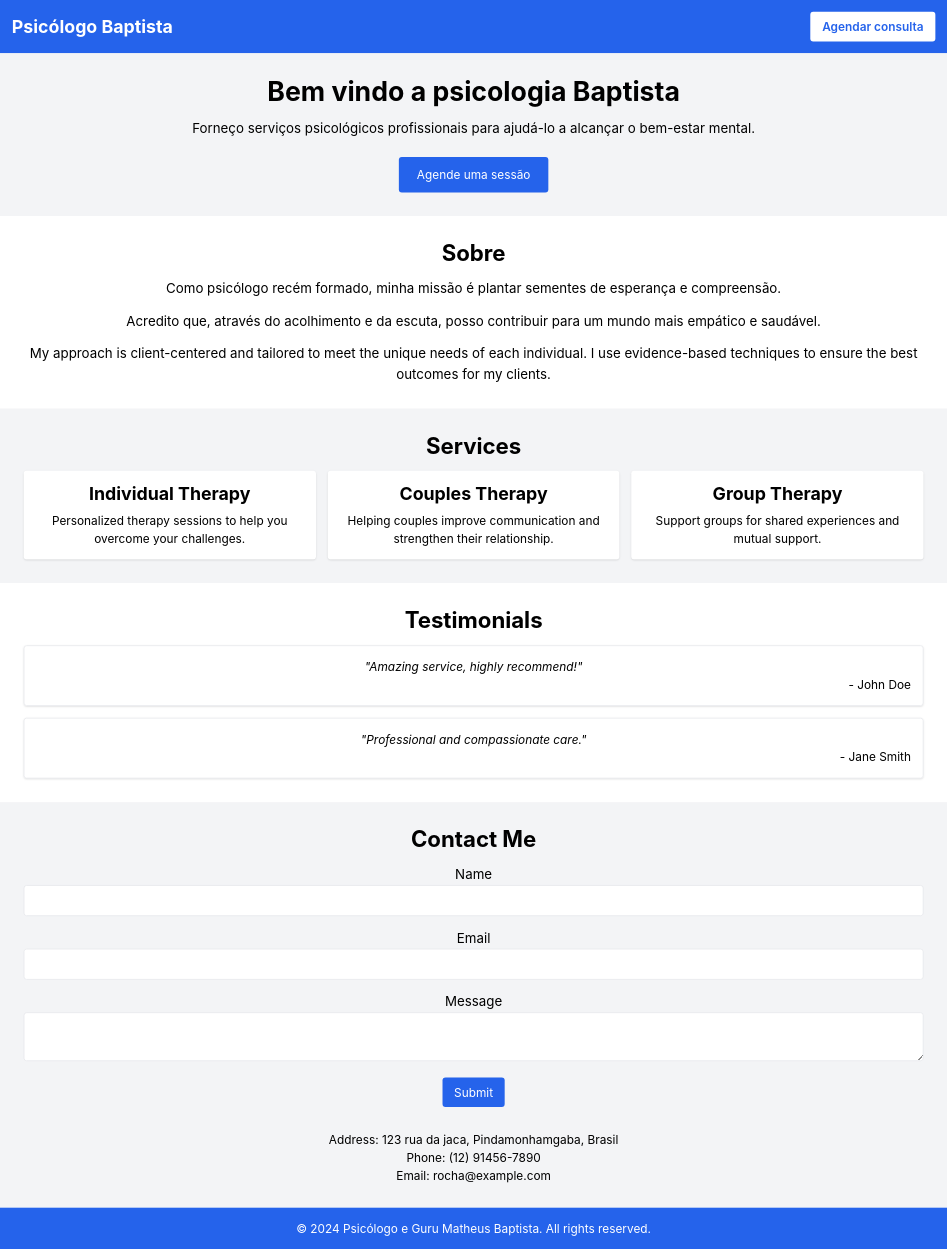
Repository: SrNascimento40/psychologist-portfolio
Page: /
These files come from the project's save history. The page is drawn as it stood at one moment and after a run of saves; the edit follows.
The browser window is 1280 px wide. The pictures show the whole page, at 74% of full size.
The project was rebuilt for these pictures with package versions that can differ from the ones it lists, and the page was loaded fresh each time. Also part of the build but not shown: vite.config.ts.

Above is the page before, as saved 2024-07-04 17:34:34.

### index.html
<!doctype html>
<html lang="en">
  <head>
    <meta charset="UTF-8" />
    <link rel="icon" type="image/svg+xml" href="/vite.svg" />
    <meta name="viewport" content="width=device-width, initial-scale=1.0" />
    <title>Psicólogo e Guru Baptista</title>
  </head>
  <body>
    <div id="root"></div>
    <script type="module" src="/src/main.tsx"></script>
  </body>
</html>

### src/App.tsx
import './App.css'
import Header from './Header'
import Hero from './Hero'
import About from './About'
import Services from './Services'
import Testimonials from './Testimonials'
import Contact from './Contact'
import Footer from './Footer'

function App() {

  return (
    <div>
      <Header />
      <main>
          <Hero />
          <About />
          <Services />
          <Testimonials />
          <Contact />
      </main>
      <Footer />
    </div>
  )
}

export default App

### src/index.css
@tailwind base;
@tailwind components;
@tailwind utilities;

:root {
  font-family: Inter, system-ui, Avenir, Helvetica, Arial, sans-serif;

  /* color-scheme: light dark;
  color: rgba(255, 255, 255, 0.87);
  background-color: #242424; */

  /* font-synthesis: none;
  text-rendering: optimizeLegibility;
  -webkit-font-smoothing: antialiased;
  -moz-osx-font-smoothing: grayscale; */
}


/* @media (prefers-color-scheme: light) {
  :root {
    color: #213547;
    background-color: #ffffff;
  }
  a:hover {
    color: #747bff;
  }
  button {
    background-color: #f9f9f9;
  }
} */

### src/App.css
#root {
  margin: 0;
  padding: 0;
  text-align: center;
}

### src/Header.tsx

import './App.css'

export default function Header() {

  return (
    <header className="bg-blue-600 text-white p-4">
      <div className="container mx-auto flex justify-between items-center">
          <div className="text-2xl font-bold">Psicólogo Baptista</div>
          <button className="bg-white font-semibold text-blue-600 px-4 py-2 rounded">Agendar consulta</button>
      </div>
    </header>
  )
}

### src/Hero.tsx
import { useState } from 'react'
import './App.css'

export default function Hero() {
  const [count, setCount] = useState(0)

  return (
    <section id="home" className="bg-gray-100 p-8 text-center">
    <h1 className="text-4xl font-bold mb-4">Bem vindo a psicologia Baptista</h1>
    <p className="text-lg mb-6">Forneço serviços psicológicos profissionais para ajudá-lo a alcançar o bem-estar mental.</p>
    <button className="bg-blue-600 text-white px-6 py-3 rounded">Agende uma sessão</button>
</section>  )
}

### src/About.tsx
import { useState } from 'react'
import './App.css'

export default function About() {
  const [count, setCount] = useState(0)

  return (
    <section id="about" className="bg-white p-8">
      <h2 className="text-3xl font-bold mb-4">Sobre</h2>
      <p className="text-lg mb-4">
        Como psicólogo recém formado, minha missão é plantar sementes de esperança e compreensão.
      </p>
      <p className="text-lg mb-4">
        Acredito que, através do acolhimento e da escuta, posso contribuir para um mundo mais empático e saudável.
      </p>
      <p className="text-lg">
          My approach is client-centered and tailored to meet the unique needs of each individual. I use evidence-based techniques to ensure the best outcomes for my clients.
      </p>
    </section>
  )
}

### src/Services.tsx
import './App.css'

export default function Services() {
  const services = [
    { title: 'Individual Therapy', description: 'Personalized therapy sessions to help you overcome your challenges.' },
    { title: 'Couples Therapy', description: 'Helping couples improve communication and strengthen their relationship.' },
    { title: 'Group Therapy', description: 'Support groups for shared experiences and mutual support.' },
  ];

  return (
    <section id="services" className="bg-gray-100 p-8">
      <h2 className="text-3xl font-bold mb-4">Services</h2>
      <div className="grid grid-cols-1 md:grid-cols-3 gap-4">
          {services.map((service, index) => (
              <div key={index} className="bg-white p-4 rounded shadow">
                  <h3 className="text-2xl font-bold mb-2">{service.title}</h3>
                  <p>{service.description}</p>
              </div>
          ))}
      </div>
    </section>
  )
}

### src/Testimonials.tsx
import './App.css'

export default function Testimonials() {
  const testimonials = [
    { name: 'John Doe', quote: 'Amazing service, highly recommend!' },
    { name: 'Jane Smith', quote: 'Professional and compassionate care.' },
  ];

  return (
    <section id="testimonials" className="bg-white p-8">
        <h2 className="text-3xl font-bold mb-4">Testimonials</h2>
        <div className="space-y-4">
            {testimonials.map((testimonial, index) => (
                <div key={index} className="border p-4 rounded shadow">
                    <p className="italic">"{testimonial.quote}"</p>
                    <p className="text-right">- {testimonial.name}</p>
                </div>
            ))}
        </div>
    </section>
  )
}

### src/Contact.tsx
import './App.css'

export default function Contact() {
  return (
    <section id="contact" className="bg-gray-100 p-8">
      <h2 className="text-3xl font-bold mb-4">Contact Me</h2>
      <form className="space-y-4">
          <div>
              <label className="block text-lg">Name</label>
              <input type="text" className="w-full p-2 border rounded" />
          </div>
          <div>
              <label className="block text-lg">Email</label>
              <input type="email" className="w-full p-2 border rounded" />
          </div>
          <div>
              <label className="block text-lg">Message</label>
              <textarea className="w-full p-2 border rounded"></textarea>
          </div>
          <button type="submit" className="bg-blue-600 text-white px-4 py-2 rounded">Submit</button>
      </form>
      <div className="mt-8">
          <p>Address: 123 rua da jaca, Pindamonhamgaba, Brasil</p>
          <p>Phone: (12) 91456-7890</p>
          <p>Email: rocha@example.com</p>
      </div>
    </section>
  )
}

### src/Footer.tsx
import './App.css'

export default function Footer() {

  return (
    <footer className="bg-blue-600 text-white p-4 text-center">
        <p>&copy; 2024 Psicólogo e Guru Matheus Baptista. All rights reserved.</p>
    </footer>
  )
}

Loaded but not shown: src/main.tsx (common file); tailwind.config.js (common file)

After the next 3 saves:
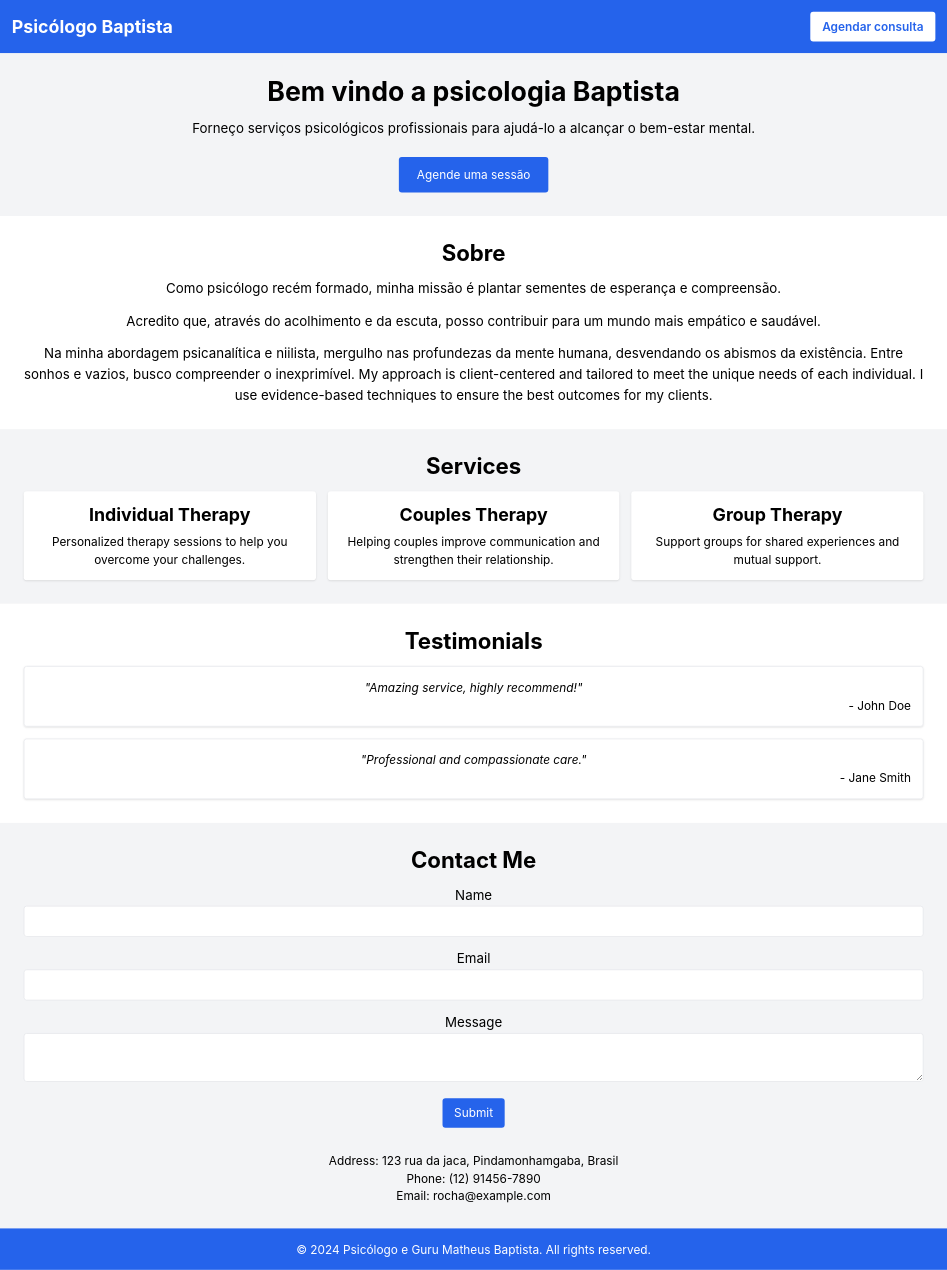
The 3 saves are shown as one change because they came seconds apart.
The last was saved 61 s later.
--- a/src/About.tsx
+++ b/src/About.tsx
@@ -14,6 +14,7 @@ export default function About() {
         Acredito que, através do acolhimento e da escuta, posso contribuir para um mundo mais empático e saudável.
       </p>
       <p className="text-lg">
+        Na minha abordagem psicanalítica e niilista, mergulho nas profundezas da mente humana, desvendando os abismos da existência. Entre sonhos e vazios, busco compreender o inexprimível.
           My approach is client-centered and tailored to meet the unique needs of each individual. I use evidence-based techniques to ensure the best outcomes for my clients.
       </p>
     </section>
